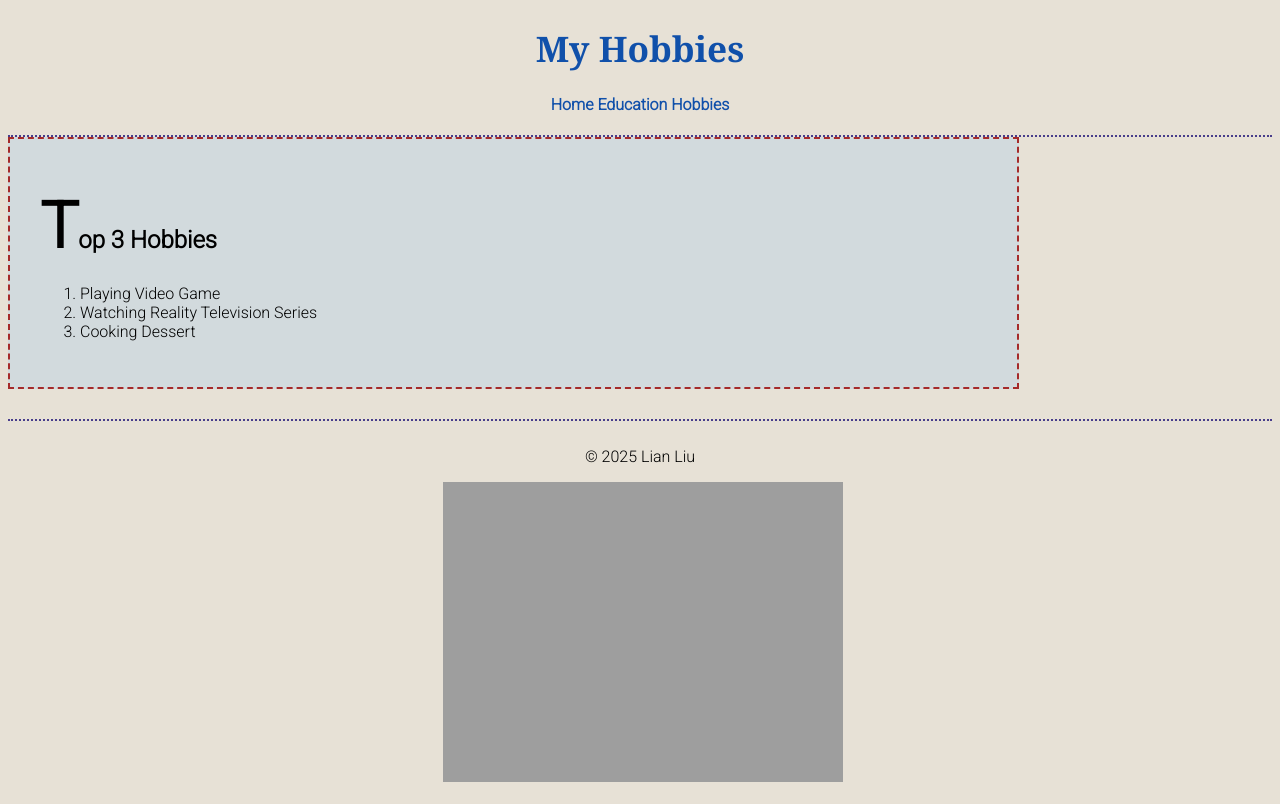
Repository: liulian26/CS5610
Page: assignment-1-liulian26/pages/hobbies.html
An editor plug-in stored every save of this project. The page is shown before and after the next save, followed by the edit.
The browser window is 1280 px wide. The pictures show the whole page.
Pictures or frames that could not be fetched are drawn as grey boxes.

Above is the page before, as saved 2025-02-01 00:40:32.

### assignment-1-liulian26/pages/hobbies.html
<!DOCTYPE html>
<html lang="en">
<head>
    <meta charset="UTF-8">
    <meta name="viewport" content="width=device-width, initial-scale=1.0">
    <title>Hobbies - My Portfolio</title>
    <link rel="stylesheet" href="../css/styles.css">
    <link rel="icon" href="../images/favicon.ico" type="image/x-icon">
</head>
<body>
    <header>
        <h1>My Hobbies</h1>
        <nav>
            <ul>
                <li><a href="../index.html">Home</a></li>
                <li><a href="education.html">Education</a></li>
                <li><a href="hobbies.html">Hobbies</a></li>
            </ul>
        </nav>
    </header>

    <main>
        <section>
            <h2>Top 3 Hobbies</h2>
            <ol>
                <li>Playing Video Game</li>
                <li>Watching Reality Television Series</li>
                <li>Cooking Dessert</li>
            </ol>
        </section>

    </main>

    <footer>
        <p>&copy; 2025 Lian Liu</p>
        <a href="https://github.com/liulian26" target="_blank">
            <i class="fab fa-github"></i>
        </a>
        <a href="mailto:liu.lian1@northeastern.edu">
            <i class="fas fa-envelope"></i>
        </a>
    </footer>
</body>
</html>

### assignment-1-liulian26/css/styles.css
@import url('https://fonts.googleapis.com/css2?family=Roboto:wght@300&display=swap');

header {
    text-align: center;
    border-bottom: 2px dotted darkslateblue;
    padding-bottom: 5px;

}

#role {
    font-weight: bold;
}

h1 {
    color: #1050aa;
    font-family: Georgia, 'Times New Roman', Times, serif;
    font-size: 2.2em;
}

nav ul {
    list-style-type: none;
    padding: 0;
    text-align: center;
}

nav ul li {
    display: inline;
    margin-right: 0 20px;
}

nav ul li a {
    text-decoration: none;
    color: #1050aa;
    font-weight: bold;
}

nav ul li a:hover {
    color: crimson;
}

main {
    width: 80%;
    margin: 20 auto;
}

section {
    border: 2px dashed brown;
    padding: 30px;
    margin-bottom: 30px;
    background-color: rgba(126, 191, 251, 0.2);
}

body {
    background-color: rgb(231, 225, 214);
    font-family: 'Roboto', sans-serif;
}

h2::first-letter {
    font-size: 4rem;
}

img {
    max-width: 26%;
    height: auto;
    display: block;
    margin: 10px auto;
}

figure {
    text-align: center;
}

figcaption {
    font-style: italic;
    color: goldenrod;
}

footer {
    text-align: center;
    padding: 10px;
    border-top: 2px dotted darkslateblue;
}

.projects {
    border: 2px dashed brown;
    margin: 10px 0;
}

a[href*="github"]:hover {
    color: crimson;
}

a[href*="github"]::after {
    content: url(../images/GitHub-Mark-32px.png);
    margin-left: 5px;
    vertical-align: middle;
}


header a:visited {
    color: rgb(237, 122, 127);
}

After the next save:
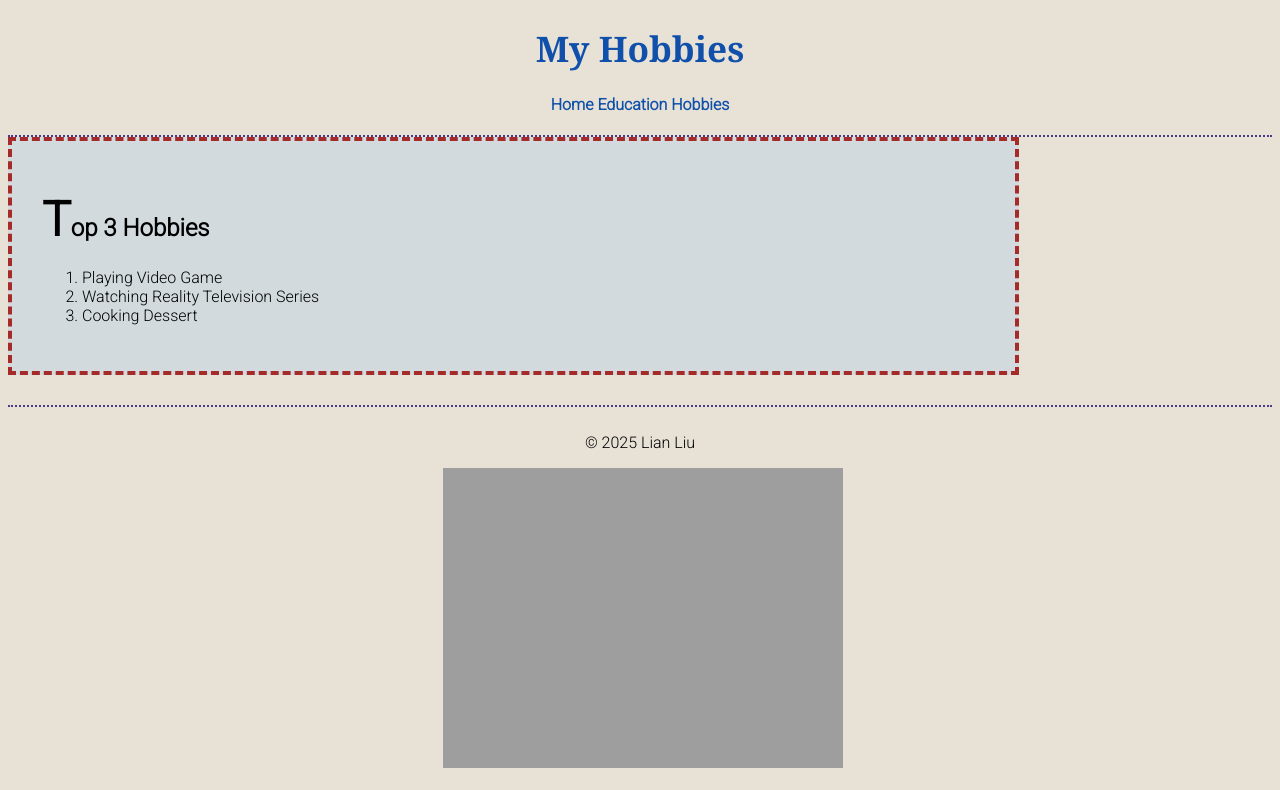
Saved 19 s later.
--- a/assignment-1-liulian26/css/styles.css
+++ b/assignment-1-liulian26/css/styles.css
@@ -44,7 +44,7 @@ main {
 }
 
 section {
-    border: 2px dashed brown;
+    border: 4px dashed brown;
     padding: 30px;
     margin-bottom: 30px;
     background-color: rgba(126, 191, 251, 0.2);
@@ -56,7 +56,7 @@ body {
 }
 
 h2::first-letter {
-    font-size: 4rem;
+    font-size: 3rem;
 }
 
 img {
